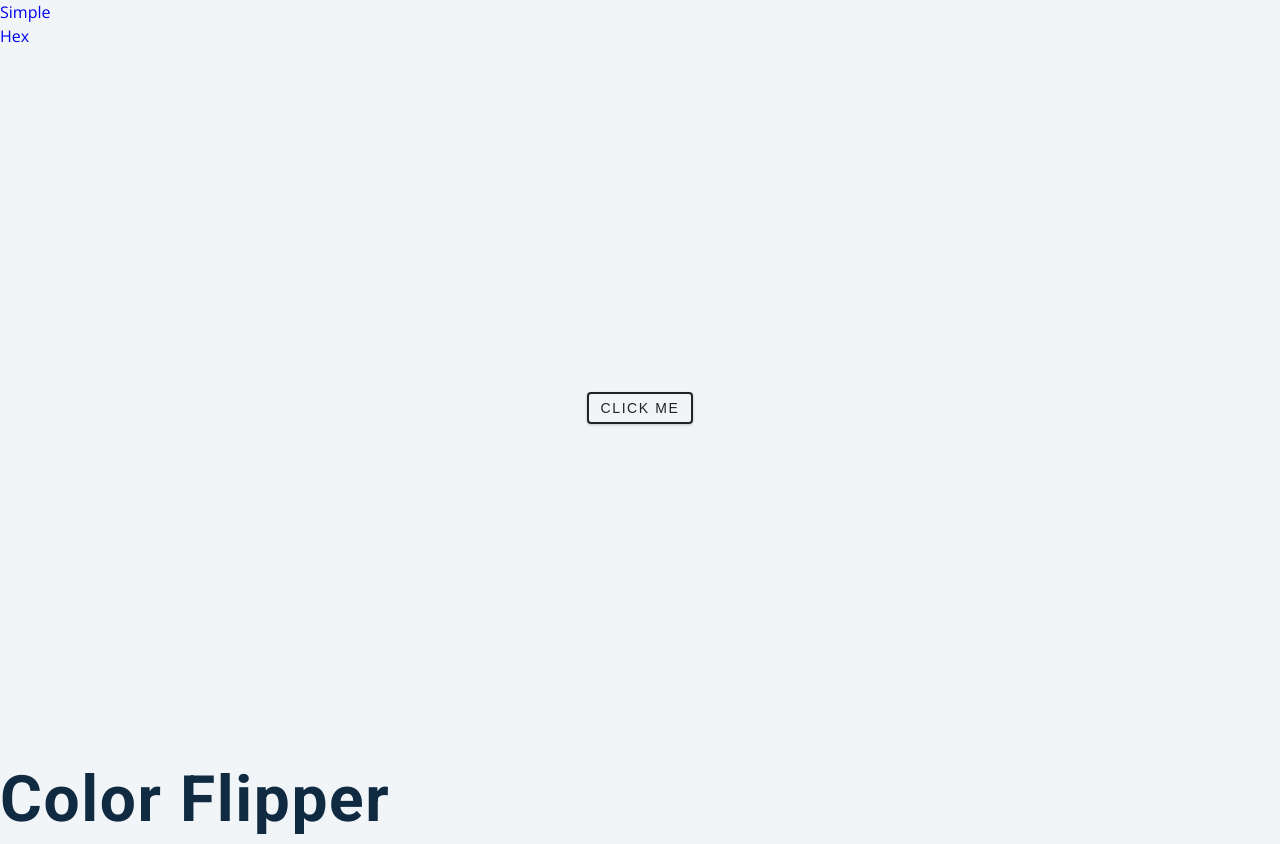
Repository: mosesvk/javascript-basic-projects
Page: 01-color-flipper/setup/index.html
These files come from the project's save history. The page is drawn as it stood at one moment and after the next save; the edit follows.
The browser window is 1280 px wide. The pictures show the whole page.

Above is the page before, as saved 2023-08-24 16:53:47.

### 01-color-flipper/setup/index.html
<!DOCTYPE html>
<html lang="en">
  <head>
    <meta charset="UTF-8" />
    <meta name="viewport" content="width=device-width, initial-scale=1.0" />
    <title>Color Flipper || Simple</title>

    <!-- styles -->
    <link rel="stylesheet" href="styles.css" />
  </head>
  <body>
    <nav>
      <div class="nav-center">
        <ul class="nav-links">
          <li>
            <a href="index.html">Simple</a>
          </li>
          <li>
            <a href="hex.html">Hex</a>
          </li>
        </ul>
      </div>
    </nav>
    <main>
      <div class="container">
        <button class="btn btn-hero" id="btn">Click Me</button>
      </div>
    </main>
    <h1>color flipper</h1>
    <!-- javascript -->
    <script src="app.js"></script>
  </body>
</html>

### 02-counter/setup/styles.css
/*
===============
Fonts
===============
*/
@import url("https://fonts.googleapis.com/css?family=Open+Sans|Roboto:400,700&display=swap");

/*
===============
Variables
===============
*/

:root {
  /* dark shades of primary color*/
  --clr-primary-1: hsl(205, 86%, 17%);
  --clr-primary-2: hsl(205, 77%, 27%);
  --clr-primary-3: hsl(205, 72%, 37%);
  --clr-primary-4: hsl(205, 63%, 48%);
  /* primary/main color */
  --clr-primary-5: hsl(205, 78%, 60%);
  /* lighter shades of primary color */
  --clr-primary-6: hsl(205, 89%, 70%);
  --clr-primary-7: hsl(205, 90%, 76%);
  --clr-primary-8: hsl(205, 86%, 81%);
  --clr-primary-9: hsl(205, 90%, 88%);
  --clr-primary-10: hsl(205, 100%, 96%);
  /* darkest grey - used for headings */
  --clr-grey-1: hsl(209, 61%, 16%);
  --clr-grey-2: hsl(211, 39%, 23%);
  --clr-grey-3: hsl(209, 34%, 30%);
  --clr-grey-4: hsl(209, 28%, 39%);
  /* grey used for paragraphs */
  --clr-grey-5: hsl(210, 22%, 49%);
  --clr-grey-6: hsl(209, 23%, 60%);
  --clr-grey-7: hsl(211, 27%, 70%);
  --clr-grey-8: hsl(210, 31%, 80%);
  --clr-grey-9: hsl(212, 33%, 89%);
  --clr-grey-10: hsl(210, 36%, 96%);
  --clr-white: #fff;
  --clr-red-dark: hsl(360, 67%, 44%);
  --clr-red-light: hsl(360, 71%, 66%);
  --clr-green-dark: hsl(125, 67%, 44%);
  --clr-green-light: hsl(125, 71%, 66%);
  --clr-black: #222;
  --ff-primary: "Roboto", sans-serif;
  --ff-secondary: "Open Sans", sans-serif;
  --transition: all 0.3s linear;
  --spacing: 0.1rem;
  --radius: 0.25rem;
  --light-shadow: 0 5px 15px rgba(0, 0, 0, 0.1);
  --dark-shadow: 0 5px 15px rgba(0, 0, 0, 0.2);
  --max-width: 1170px;
  --fixed-width: 620px;
}
/*
===============
Global Styles
===============
*/

*,
::after,
::before {
  margin: 0;
  padding: 0;
  box-sizing: border-box;
}
body {
  font-family: var(--ff-secondary);
  background: var(--clr-grey-10);
  color: var(--clr-grey-1);
  line-height: 1.5;
  font-size: 0.875rem;
}
ul {
  list-style-type: none;
}
a {
  text-decoration: none;
}
h1,
h2,
h3,
h4 {
  letter-spacing: var(--spacing);
  text-transform: capitalize;
  line-height: 1.25;
  margin-bottom: 0.75rem;
  font-family: var(--ff-primary);
}
h1 {
  font-size: 3rem;
}
h2 {
  font-size: 2rem;
}
h3 {
  font-size: 1.25rem;
}
h4 {
  font-size: 0.875rem;
}
p {
  margin-bottom: 1.25rem;
  color: var(--clr-grey-5);
}
@media screen and (min-width: 800px) {
  h1 {
    font-size: 4rem;
  }
  h2 {
    font-size: 2.5rem;
  }
  h3 {
    font-size: 1.75rem;
  }
  h4 {
    font-size: 1rem;
  }
  body {
    font-size: 1rem;
  }
  h1,
  h2,
  h3,
  h4 {
    line-height: 1;
  }
}
/*  global classes */

/* section */
.section {
  padding: 5rem 0;
}

.section-center {
  width: 90vw;
  margin: 0 auto;
  max-width: 1170px;
}
@media screen and (min-width: 992px) {
  .section-center {
    width: 95vw;
  }
}
main {
  min-height: 100vh;
  display: grid;
  place-items: center;
}

/*
===============
Counter
===============
*/

main {
  min-height: 100vh;
  display: grid;
  place-items: center;
}
.container {
  text-align: center;
}
#value {
  font-size: 6rem;
  font-weight: bold;
}
.btn {
  text-transform: uppercase;
  background: transparent;
  color: var(--clr-black);
  padding: 0.375rem 0.75rem;
  letter-spacing: var(--spacing);
  display: inline-block;
  transition: var(--transition);
  font-size: 0.875rem;
  border: 2px solid var(--clr-black);
  cursor: pointer;
  box-shadow: 0 1px 3px rgba(0, 0, 0, 0.2);
  border-radius: var(--radius);
  margin: 0.5rem;
}
.btn:hover {
  color: var(--clr-white);
  background: var(--clr-black);
}

Loaded but not shown: 01-color-flipper/setup/app.js (common file)

After the next save:
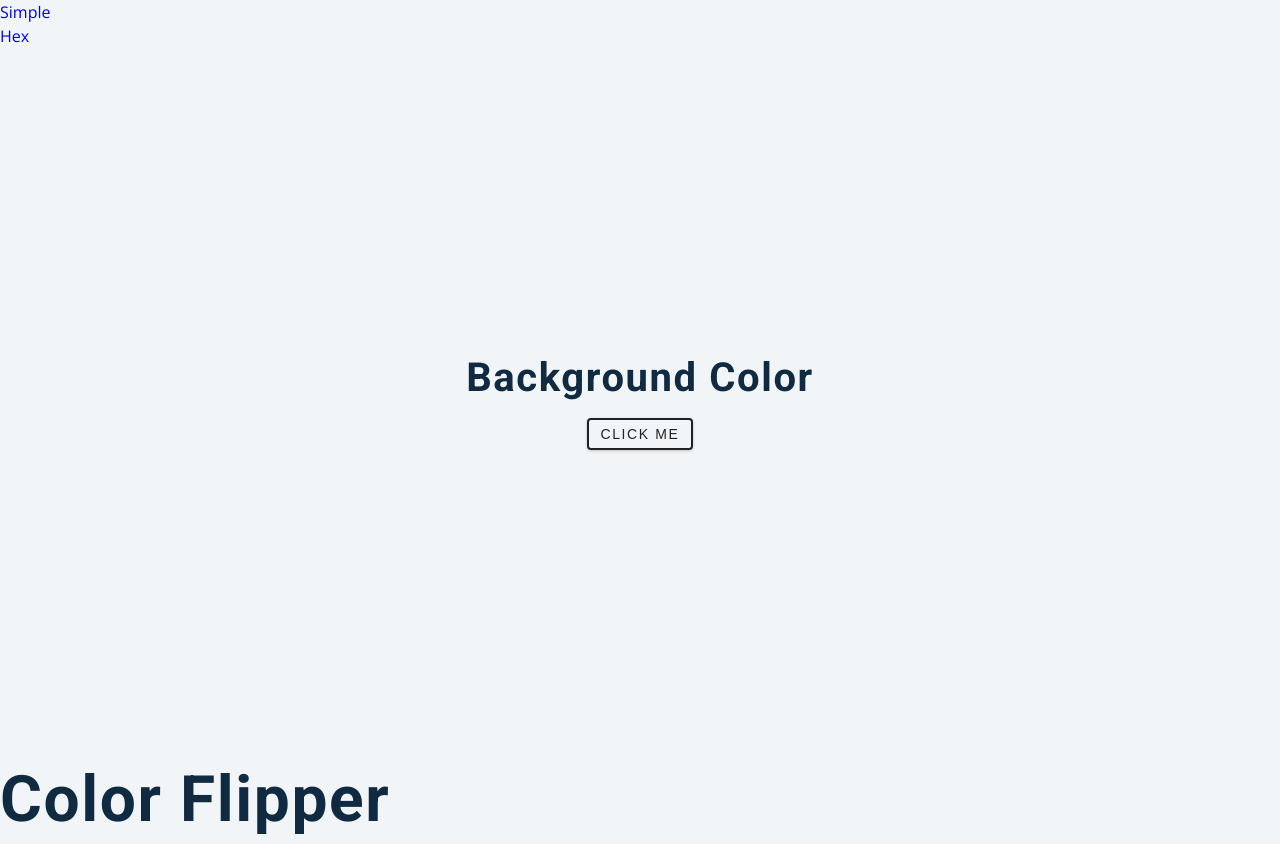
Saved 9 s later.
--- a/01-color-flipper/setup/index.html
+++ b/01-color-flipper/setup/index.html
@@ -23,6 +23,7 @@
     </nav>
     <main>
       <div class="container">
+        <h2>Background Color</h2>
         <button class="btn btn-hero" id="btn">Click Me</button>
       </div>
     </main>
